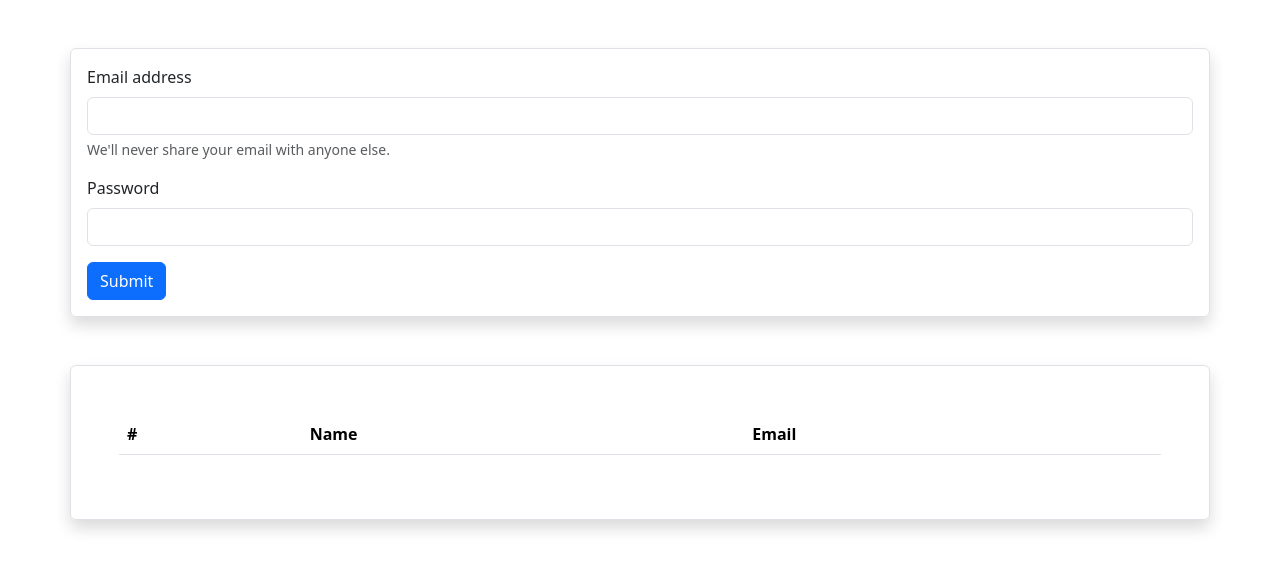
Repository: Ruddro420/laravel-curd-operation
Page: http://localhost/user
The author's editor kept a copy of each file at every save. The page is drawn from the files as they stood at one save, then again after the next save.
The browser window is 1280 px wide. The pictures show the whole page.
The page is served by the project's Laravel application, run on PHP 8.4 with Laravel 12. Other server files are loaded and not shown. Queries for data that is not in the repository find no rows.

Above is the page before, as saved 2024-09-20 20:32:35.

### routes/web.php
<?php

use App\Http\Controllers\UserController;
use Illuminate\Support\Facades\Route;

Route::get('/', function () {
    return view('welcome');
});

Route::get('/user', [UserController::class, 'index'])->name('user');
Route::post('/user/add', [UserController::class, 'create'])->name('user.store');

### app/Http/Controllers/UserController.php
<?php

namespace App\Http\Controllers;

use App\Models\UserData;
use Illuminate\Http\Request;

class UserController extends Controller
{
    /**
     * Display a listing of the resource.
     */
    public function index()
    {
        $data = UserData::all();
        return view('home',compact('data'));
    }

    /**
     * Show the form for creating a new resource.
     */
    public function create(Request $request)
    {

        $data = new UserData();
        $data->name = $request->name;
        $data->email = $request->email;
        $data->save();
        return redirect()->route('user');
    }

    /**
     * Store a newly created resource in storage.
     */
    public function store(Request $request)
    {
        //
    }

    /**
     * Display the specified resource.
     */
    public function show(string $id)
    {
        //
    }

    /**
     * Show the form for editing the specified resource.
     */
    public function edit(string $id)
    {
        //
    }

    /**
     * Update the specified resource in storage.
     */
    public function update(Request $request, string $id)
    {
        //
    }

    /**
     * Remove the specified resource from storage.
     */
    public function destroy(string $id)
    {
        //
    }
}

### app/Models/UserData.php
<?php

namespace App\Models;

use Illuminate\Database\Eloquent\Factories\HasFactory;
use Illuminate\Database\Eloquent\Model;

class UserData extends Model
{
    use HasFactory;
}

### resources/views/home.blade.php
<!DOCTYPE html>
<html lang="en">

<head>
    <meta charset="UTF-8">
    <meta name="viewport" content="width=device-width, initial-scale=1.0">
    <link href="https://cdn.jsdelivr.net/npm/bootstrap@5.3.3/dist/css/bootstrap.min.css" rel="stylesheet" integrity="sha384-QWTKZyjpPEjISv5WaRU9OFeRpok6YctnYmDr5pNlyT2bRjXh0JMhjY6hW+ALEwIH" crossorigin="anonymous">
    <title>Document</title>
</head>

<body>
    <div class="container mt-5 border shadow p-3 rounded">
        <div class="row">
            <div class="col">
                <form action="{{ route('user.store') }}" method="POST" enctype="multipart/form-data">
                    @csrf
                    <div class="mb-3">
                        <label for="exampleInputEmail1" class="form-label">Email address</label>
                        <input type="text" class="form-control" id="exampleInputEmail1" aria-describedby="emailHelp" name="name">
                        <div id="emailHelp" class="form-text">We'll never share your email with anyone else.</div>
                    </div>
                    <div class="mb-3">
                        <label for="exampleInputPassword1" class="form-label">Password</label>
                        <input type="email" class="form-control" id="exampleInputPassword1" name="email">
                    </div>

                    <button type="submit" class="btn btn-primary">Submit</button>
                </form>
            </div>
        </div>
    </div>

    <div class="container m-5 p-5 border rounded shadow mx-auto">
        <div class="row">
            <div class="col">
                <table class="table">
                    <thead>
                        <tr>
                            <th scope="col">#</th>
                            <th scope="col">Name</th>
                            <th scope="col">Email</th>
                        </tr>
                    </thead>
                    <tbody>
                        @foreach ($data as $key => $value)
                        <tr>
                            <th scope="row">{{$key + 1}}</th>
                            <td>{{$value->name}}</td>
                            <td>{{$value->email}}</td>
                        </tr>
                        @endforeach
                    </tbody>
                </table>
            </div>
        </div>
    </div>

    <script src="https://cdn.jsdelivr.net/npm/bootstrap@5.3.3/dist/js/bootstrap.bundle.min.js" integrity="sha384-YvpcrYf0tY3lHB60NNkmXc5s9fDVZLESaAA55NDzOxhy9GkcIdslK1eN7N6jIeHz" crossorigin="anonymous"></script>
</body>

</html>

Loaded but not shown: app/Http/Controllers/Controller.php (common file)

After the next save:
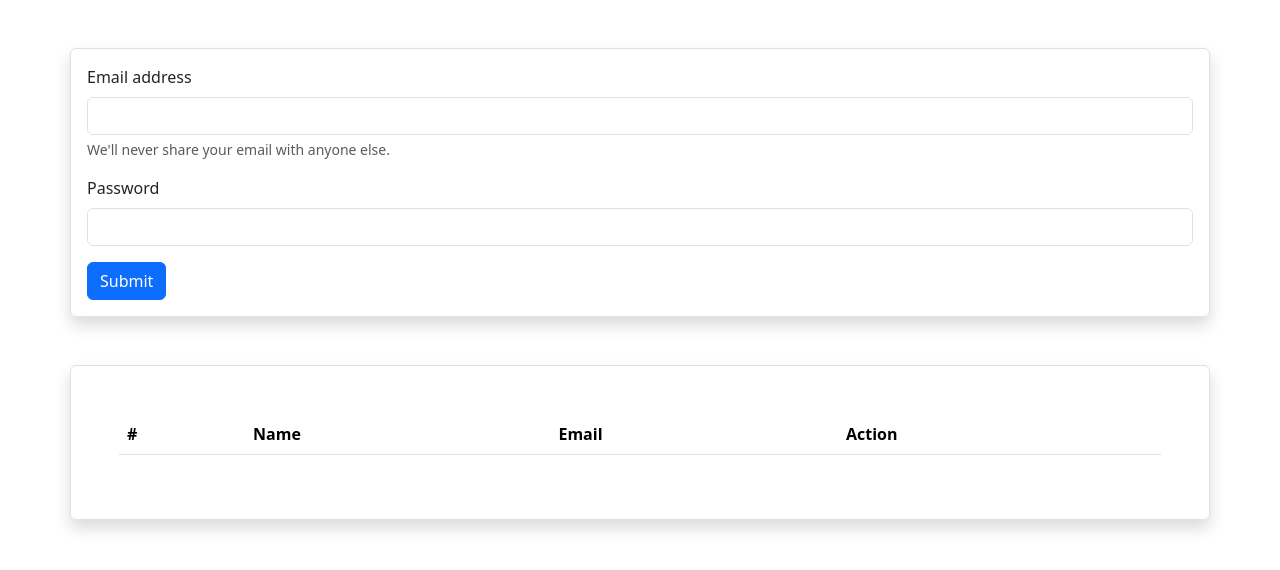
Saved 3 min 57 s later.
--- a/resources/views/home.blade.php
+++ b/resources/views/home.blade.php
@@ -39,6 +39,7 @@
                             <th scope="col">#</th>
                             <th scope="col">Name</th>
                             <th scope="col">Email</th>
+                            <th scope="col">Action</th>
                         </tr>
                     </thead>
                     <tbody>
@@ -47,6 +48,10 @@
                             <th scope="row">{{$key + 1}}</th>
                             <td>{{$value->name}}</td>
                             <td>{{$value->email}}</td>
+                            <td>
+                                <button class="btn btn-primary">Edit</button>
+                                <button class="btn btn-danger">Delete</button>
+                            </td>
                         </tr>
                         @endforeach
                     </tbody>
